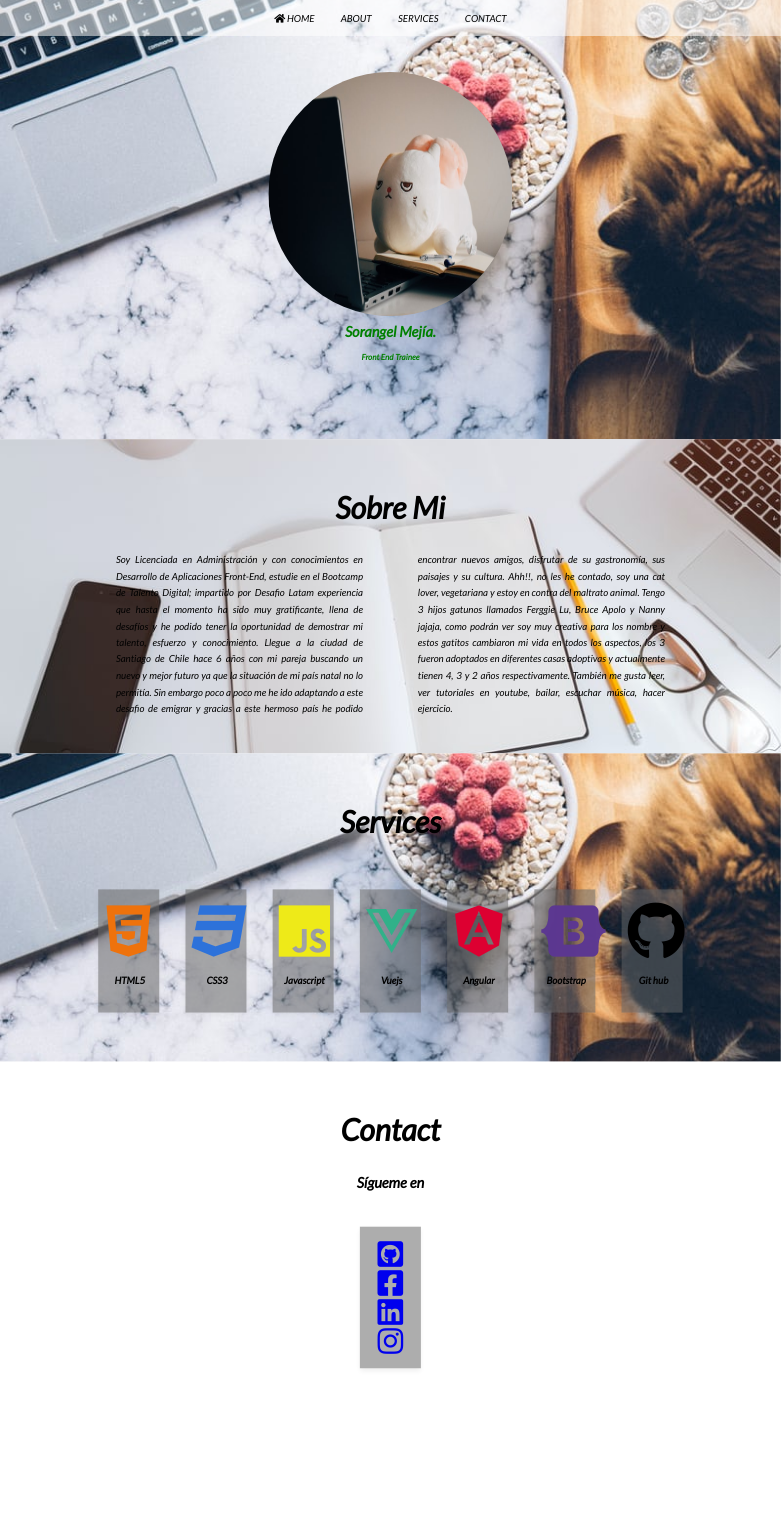
Repository: sory2311/portfolio-css
Page: index.html
An editor plug-in stored every save of this project. The page is shown before and after the next save, followed by the edit.
The browser window is 1280 px wide. The pictures show the whole page, at 61% of full size.
Backgrounds fixed to the window are drawn as part of the page. Some web libraries are served in a nearby version.

Above is the page before, as saved 2021-05-27 17:57:44.

After the next save:
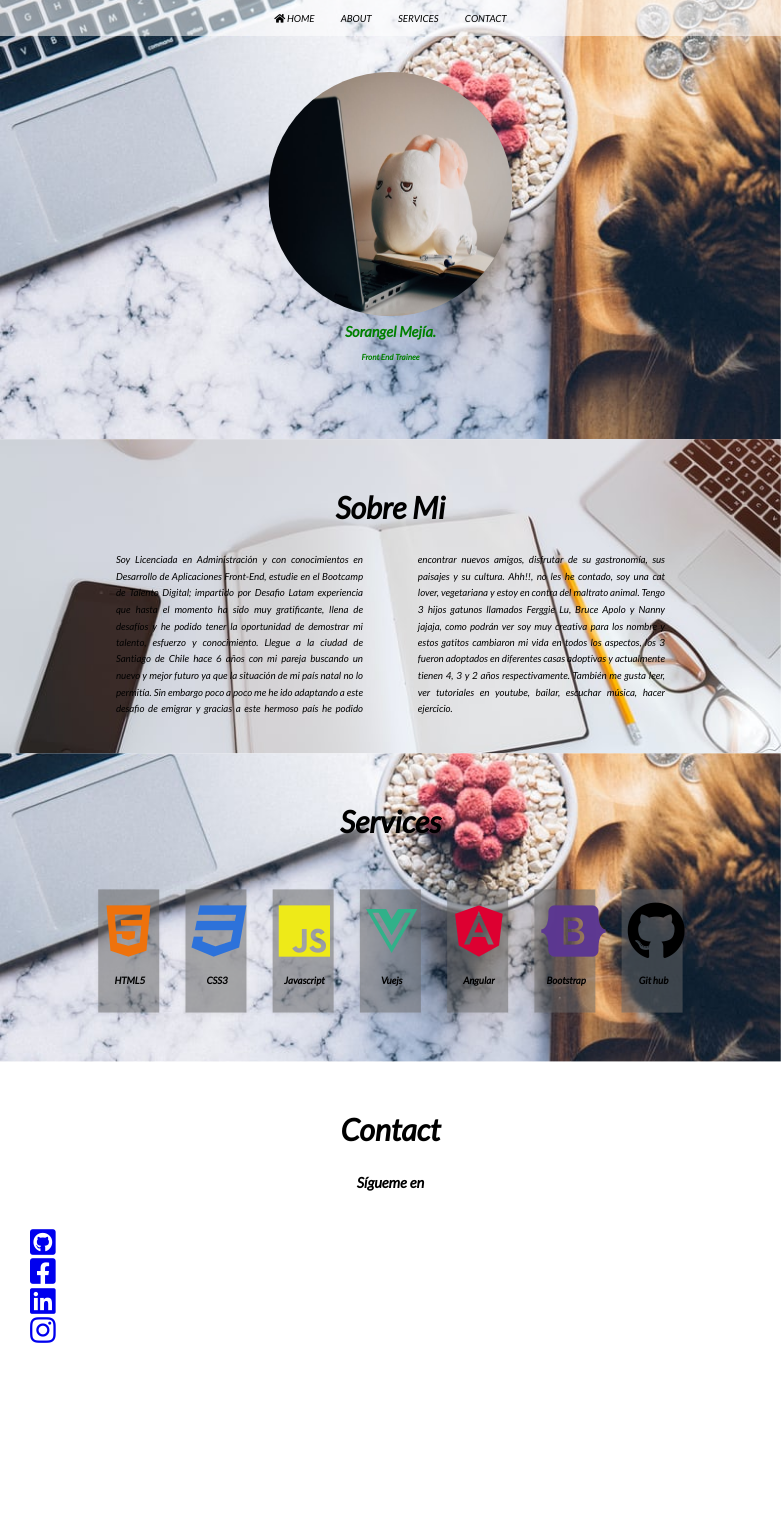
Saved 21 s later.
--- a/css/style.css
+++ b/css/style.css
@@ -208,9 +208,8 @@
     text-align: center;
 }
     .footer{
-        background-color: #66666688;
-        box-shadow: 0 4px 8px 0 #00000011;
-        display: inline-block;
+
+        display: block;
         margin: 40px 20px;
         padding: 20px 10px;
         width: 80px;
